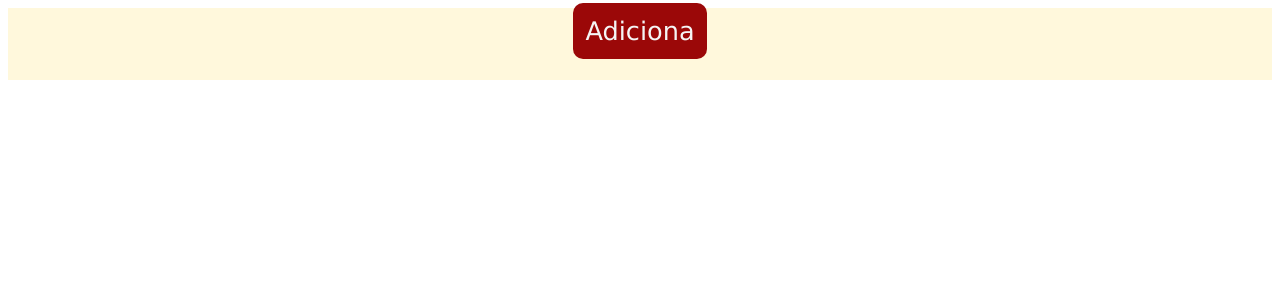
Repository: Orifiel/teste
Page: desafioMod2/desafioJavascript02.html
The author's editor kept a copy of each file at every save. The page is drawn from the files as they stood at one save, then again after the next save.
The browser window is 1280 px wide. The pictures show the whole page.

Above is the page before, as saved 2020-08-14 16:52:00.

After the next save:
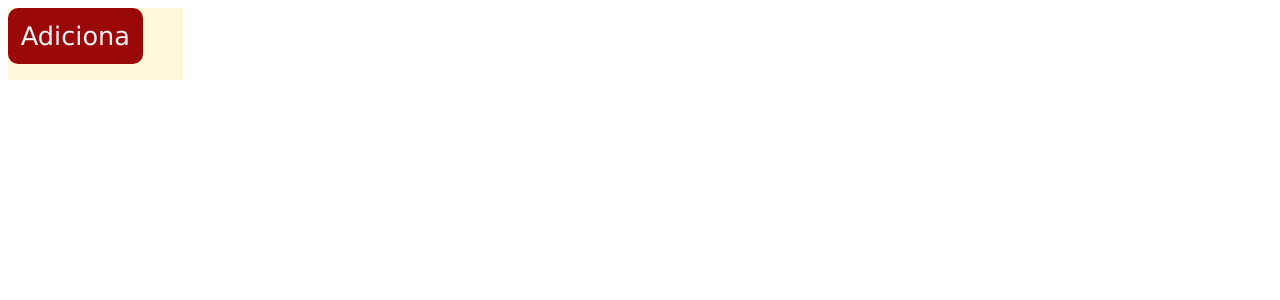
Saved 38 s later.
--- a/desafioMod2/desafioJavascript02.html
+++ b/desafioMod2/desafioJavascript02.html
@@ -32,10 +32,11 @@ aparecer na tela.
             align-items: center;
             flex-wrap: wrap;
             background-color: cornsilk;
+            position: fixed;
         }
 
         #button-red-box #button-red {
-            position: fixed;
+
             font-size: 1.6rem;
             padding: 0.8rem;
             margin-bottom: 1.6rem;
